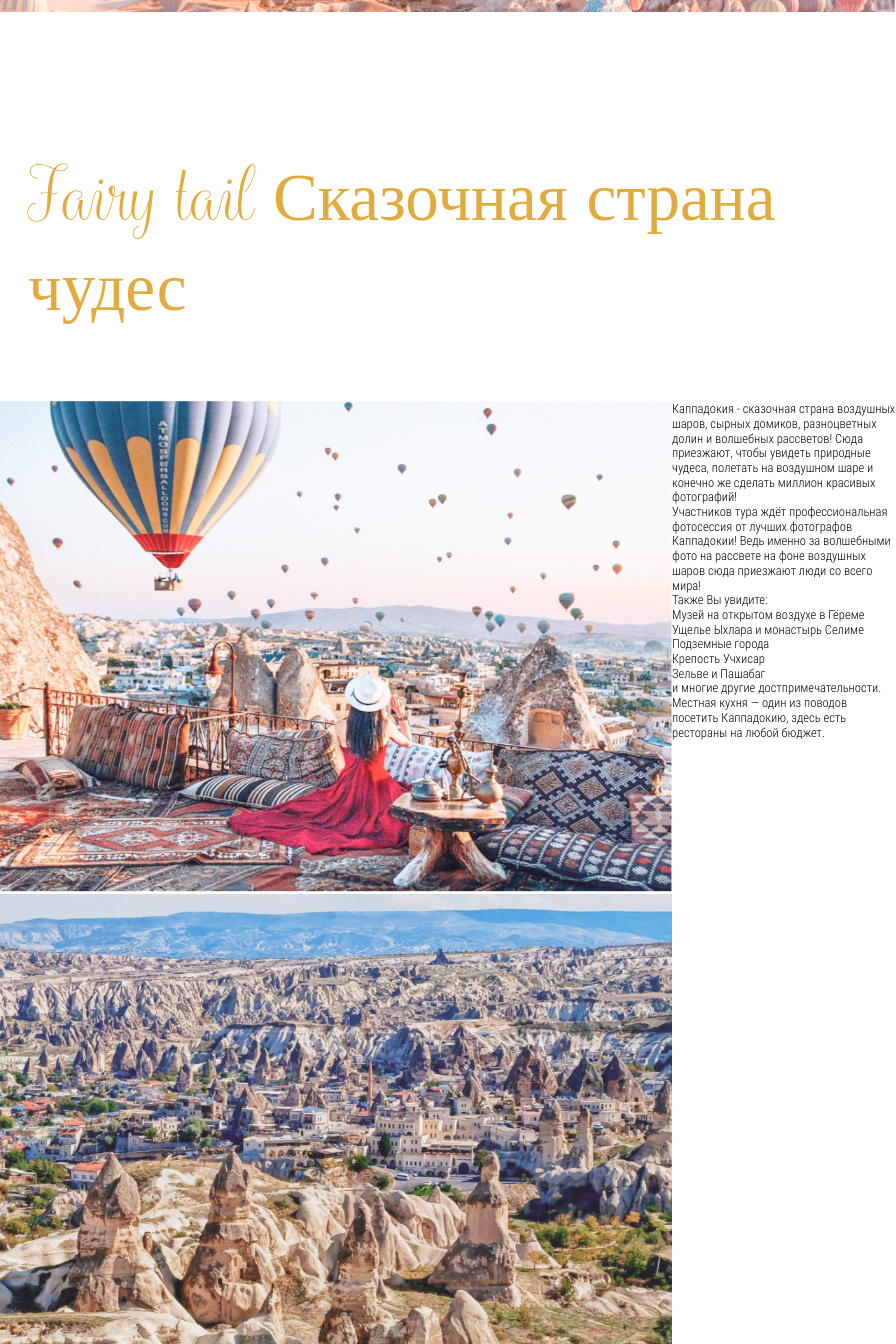
Repository: Lareeman/cappadocia
Page: index.html
These files come from the project's save history. The page is drawn as it stood at one moment and after the next save; the edit follows.
The browser window is 1280 px wide. The pictures show the part of the page from y = 703 to 2623 px (the page is 3588 px tall before and 3460 px after), at 70% of full size.

Above is the page before, as saved 2024-01-27 11:00:51.

After the next save:
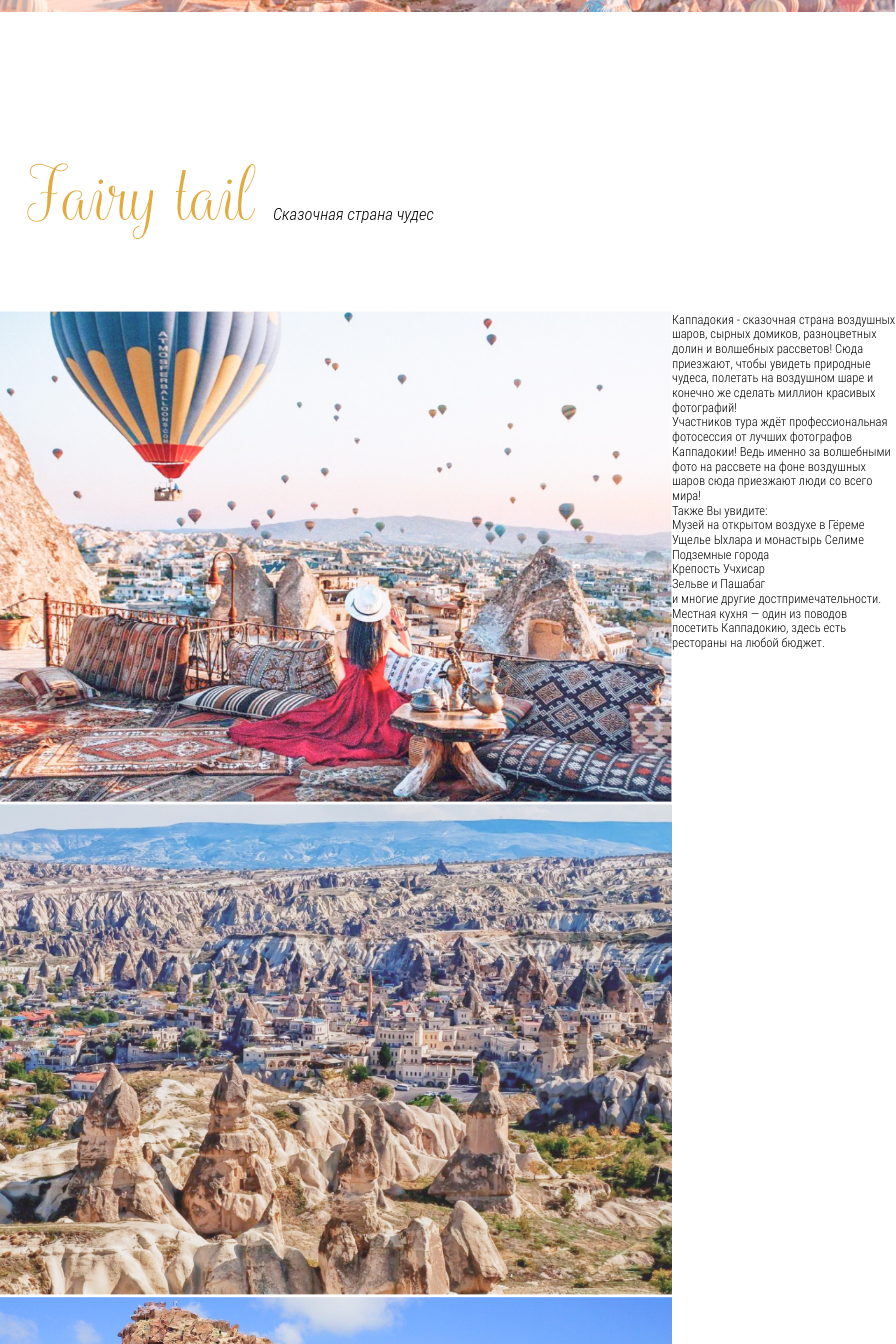
Saved 18 s later.
--- a/css/style.css
+++ b/css/style.css
@@ -158,7 +158,12 @@ body {
   margin-bottom: 100px;
 }
 .fairy__title span{
-
+  color: #000;
+font-family: "Roboto Condensed";
+font-size: 24px;
+font-style: italic;
+font-weight: 300;
+line-height: normal;
 }
 
 .title {
